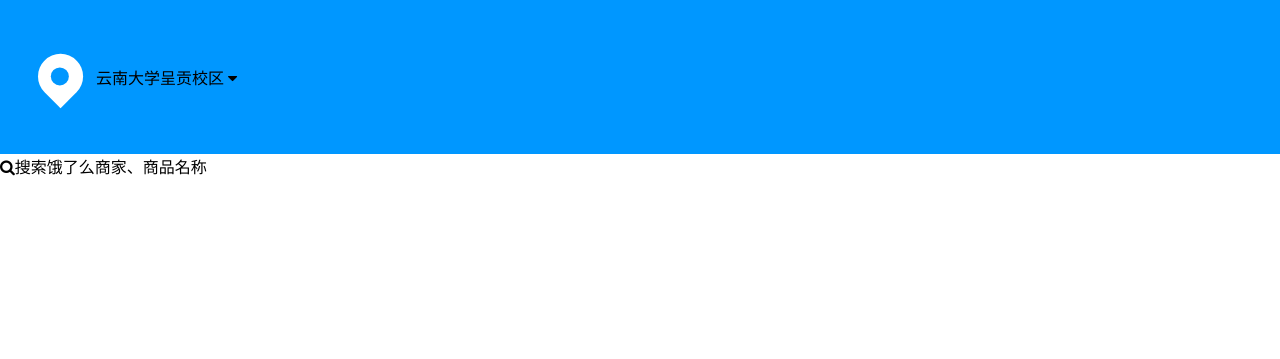
Repository: F000top/ele
Page: index.html
The author's editor kept a copy of each file at every save. The page is drawn from the files as they stood at one save, then again after the next save.
The browser window is 1280 px wide. The pictures show the whole page.

Above is the page before, as saved 2022-06-07 21:17:18.

After the next save:
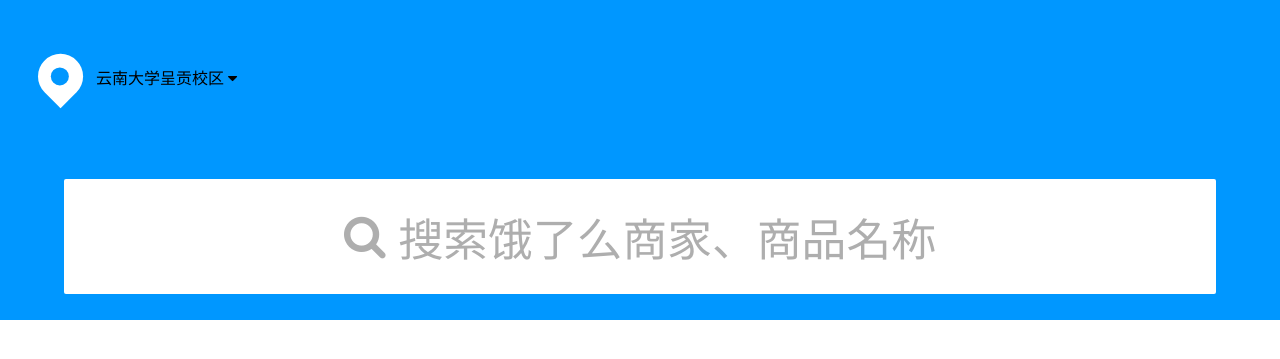
Saved 94 s later.
--- a/css/index.css
+++ b/css/index.css
@@ -33,22 +33,35 @@
 
 /* search部分 */
 
-.wrapper .search {
-    width: 100%;
-    height: 13vw;
+/****************** search ******************/
+.wrapper .search{
+	width: 100%;
+	height: 13vw;
 }
+.wrapper .search .search-fixed-top{
+	width: 100%;
+	height: 13vw;
+	background-color: #0097FF;
+	display: flex;
+	justify-content: center;
+	align-items: center;
+}
+.wrapper .search .search-fixed-top .search-box{
+	width: 90%;
+	height: 9vw;
+	background-color: #fff;
+	border-radius: 2px;
 
-.wrapper .search.search-fix-top{
-    width: 100%;
-    height: 13vw;
-    background-color: #0097ff;
-    display: flex;
-    justify-content: center;
-    align-items: center;
+	display: flex;
+	justify-content: center;
+	align-items: center;
+
+	font-size: 3.5vw;
+	color: #AEAEAE;
+	font-family: "宋体";
+	/*此样式是让文本选中状态无效*/
+	user-select: none;
 }
-
-.wrapper .search.search-fix-top.search-box{
-    width: 90%;
-    height: 9vw;
-    background-color: azure;
+.wrapper .search .search-fixed-top .search-box .fa-search{
+	margin-right: 1vw;
 }
